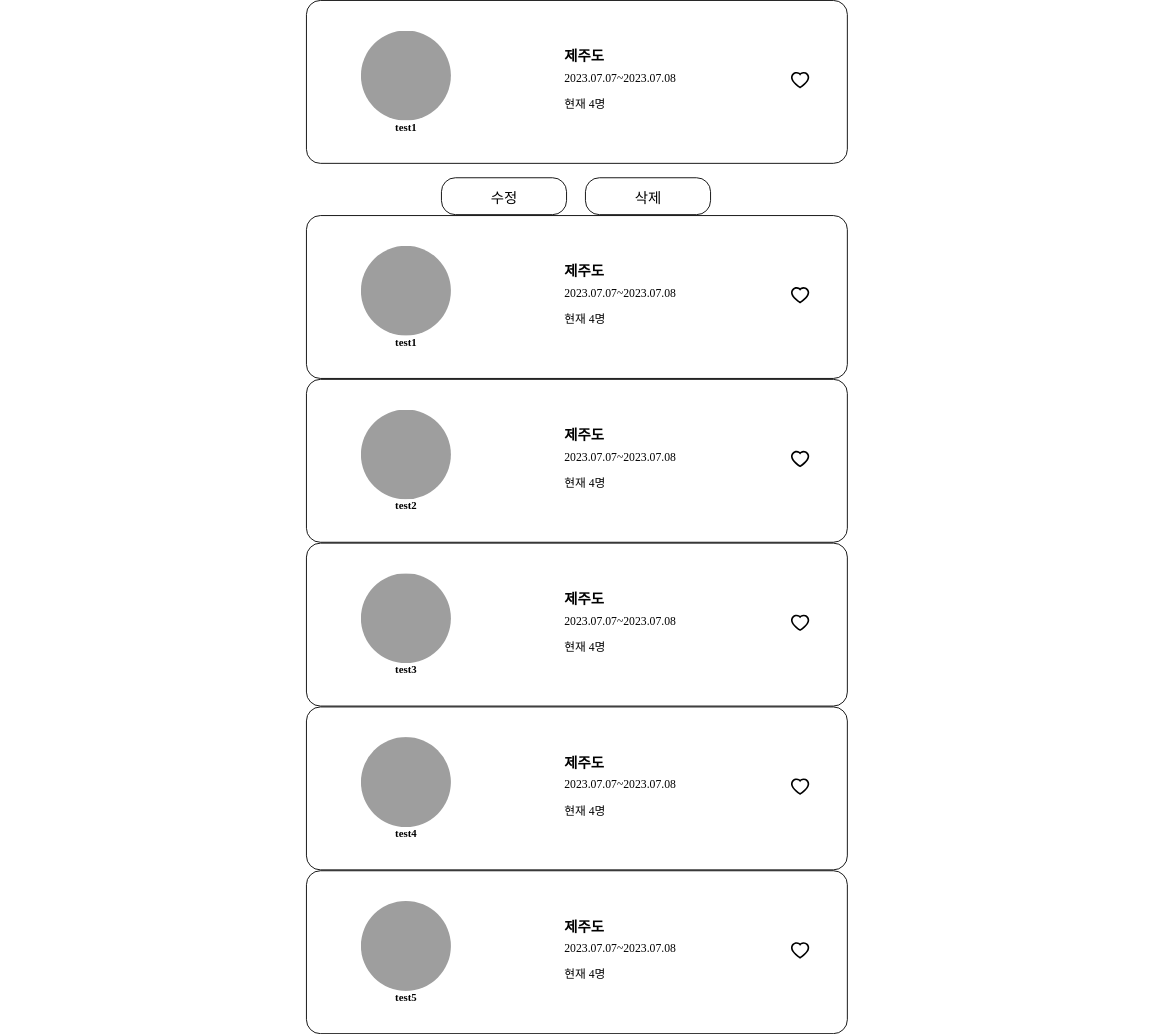
Repository: the-graces/matrip-web
Page: /tripSchedule (app in matrip/)
The author's editor kept a copy of each file at every save. The page is drawn from the files as they stood at one save, then again after the next save.
The browser window is 1280 px wide. The pictures show the whole page, at 90% of full size.
Pictures or frames that could not be fetched are drawn as grey boxes. The project was rebuilt for these pictures with package versions that can differ from the ones it lists, and the page was loaded fresh each time. Also part of the build but not shown: matrip/src/pages/Main/mainStyle.tsx, matrip/src/pages/Main/Post.tsx, matrip/src/pages/Main/index.tsx, matrip/src/pages/FriendSearch/friendSearchStyle.tsx, matrip/src/data/userdata.ts, matrip/src/pages/FriendSearch/index.tsx, matrip/src/pages/ItineraryInfo/index.scss, matrip/src/pages/ItineraryInfo/itineraryInfoStyle.tsx and 4 more.

Above is the page before, as saved 2023-07-09 13:13:20.

### matrip/src/App.tsx
import React from "react";
import { BrowserRouter, Route, Routes } from "react-router-dom";
import Main from "./pages/Main";

import FriendSearch from "./pages/FriendSearch";
import ItineraryInfo from "./pages/ItineraryInfo";
import UserProfile from "./pages/UserProfile";

import GlobalFonts from "./styles/fonts";
import TripSchedule from "./pages/TripSchedule";

function App() {
   return (
      <BrowserRouter>
         <GlobalFonts />
         <Routes>
            <Route
               path="/"
               element={<Main />}
            />
            <Route
               path="/friendSearch"
               element={<FriendSearch />}
            />
            <Route
               path="/itineraryInfo"
               element={<ItineraryInfo />}
            />
            <Route
               path="/userProfile"
               element={<UserProfile />}
            />
            <Route
               path="/tripSchedule"
               element={<TripSchedule />}
            />
         </Routes>
      </BrowserRouter>
   );
}

export default App;

### matrip/src/styles/fonts/index.js
import { createGlobalStyle } from "styled-components";
import Prentendard from "./Pretendard-Regular.woff2";

export default createGlobalStyle`
@font-face {
    font-family: "Prentendard";
    src: url(${Prentendard}) fromat("woff2");
}`;

### matrip/src/pages/TripSchedule/index.tsx
import React from "react";
import "./index.scss";

import * as iss from "./TripScheduleStyle";
import * as gs from "../../styles/GlobalStyles";
import "./index.scss";
import { fdata } from "../../data/userdata";
import { postdata } from "../../data/postdata";
import { AiOutlineHeart } from "react-icons/ai";
import UserList from "./UserList";

const TripSchedule: React.FC = () => {
  const post = postdata[0];

  return (
    <gs.MainContainer>
      <iss.MainContainer>
        <iss.postBox key={post.id}>
          <iss.profileBox to={"/userProfile"}>
            <iss.profileImgBox>
              <iss.profileImg src={post.imgurl} alt="유저 프로필" />
            </iss.profileImgBox>
            <iss.Nickname>{post.nick}</iss.Nickname>
          </iss.profileBox>
          <iss.postContent to={"/itineraryInfo"}>
            <iss.postTitle>{post.destination}</iss.postTitle>
            <iss.postPeriod>
              {post.startDate}~{post.endData}
            </iss.postPeriod>
            <iss.postPeriod>현재 {post.personnel}명</iss.postPeriod>
          </iss.postContent>
          <div>
            <iss.LikeBtn>
              <AiOutlineHeart size="24" />
            </iss.LikeBtn>
          </div>
        </iss.postBox>

        <iss.TripSchedulePostButton>
          <iss.TripSchedulePostButtonL>수정</iss.TripSchedulePostButtonL>
          <iss.TripSchedulePostButtonR>삭제</iss.TripSchedulePostButtonR>
        </iss.TripSchedulePostButton>

        <UserList/>
      </iss.MainContainer>
    </gs.MainContainer>
  );
};

export default TripSchedule;

### matrip/src/styles/GlobalStyles.tsx
import { styled } from "styled-components";

// 전체 화면 컨테이너
export const MainContainer = styled.div`
   width: 100%;
   display: flex;
   justify-content: center;
   font-family: Pretendard;
`;

// 그 안에 들어갈 내용을 감싸는 컨테이너
export const MainBox = styled.div`
   max-width: 600px;
   width: 100%;
   display: flex;
   flex-direction: column;
   align-items: center;

   @media screen and (min-width: 600px) {
      width: 600px;
   }
`;

### matrip/src/pages/TripSchedule/TripScheduleStyle.tsx
import { Link } from "react-router-dom";
import { styled } from "styled-components";

export const MainContainer = styled.div`
  max-width: 600px;
  width: 100%;

  @media screen and (min-width: 600px) {
    width: 600px;
  }
`;

export const postBox = styled.div`
  width: 100%;
  height: 180px;
  display: flex;
  align-items: center;
  justify-content: space-between;
  border: solid #000 1px;
  border-radius: 16px;
`;

export const profileBox = styled(Link)`
  padding: 0 10px;
  display: flex;
  flex-direction: column;
  align-items: center;
  color: #000;
  text-decoration: none;
  margin-left: 50px;
`;
export const profileImgBox = styled.div`
  width: 100px;
  height: 100px;
`;

export const profileImg = styled.img`
  width: 100%;
  height: 100%;
  object-fit: cover;
  border-radius: 50%;

`;

export const Nickname = styled.h4`
  font-size: 12px;
  font-weight: 600;
  margin: 0;
`;

export const postContent = styled(Link)`
  color: #000;
  text-decoration: none;
`;

export const postTitle = styled.div`
  font-size: 16px;
  font-weight: 800;
  margin-bottom: 6px;
`;

export const postPeriod = styled.div`
  font-size: 13px;
  margin-bottom: 10px;

`;

export const LikeBtn = styled.button`
  border: none;
  background: none;
  cursor: pointer;
  padding: 0 10px;
  margin-right: 30px;
`;

export const TripSchedulePostButton = styled.div`
  width: 50%;
  display: flex;
  border-radius: 40px;
  margin: auto;
  margin-top: 15px;
  gap: 20px;
`;

export const TripSchedulePostButtonL = styled.div`
  width: 100%;
  height: 40px;
  display: flex;
  align-items: center;
  justify-content: space-between;
  border: solid #000 1px;
  border-radius: 16px;
  justify-content: center;
`;

export const TripSchedulePostButtonR = styled.div`
  width: 100%;
  height: 40px;
  display: flex;
  align-items: center;
  justify-content: space-between;
  border: solid #000 1px;
  border-radius: 16px;
  justify-content: center;
`;

export const userListPostBox = styled.div`
  width: calc((100% - 20px) / 2);
  height: 100px;
  display: flex;
  align-items: center;
  justify-content: space-between;
  border: solid #000 1px;
  border-radius: 16px;
`;

export const userListProfileBox = styled(Link)`
  padding: 0 10px;
  display: flex;
  flex-direction: column;
  align-items: center;
  color: #000;
  text-decoration: none;
`;

export const userListProfileImgBox = styled.div`
  width: 50px;
  height: 50px;
`;

export const userListProfileImg = styled.img`
  width: 100%;
  height: 100%;
  object-fit: cover;
  border-radius: 50%;
`;

export const userListNickname = styled.h4`
  font-size: 12px;
  font-weight: 600;
  margin: 0;
`;

export const userListPostContent = styled(Link)`
  color: #000;
  text-decoration: none;
`;

export const userListPostTitle = styled.div`
  font-size: 16px;
  font-weight: 800;
`;

export const userListPostPeriod = styled.div`
  font-size: 13px;
  margin-bottom: 5px;
`;

export const userListPLikeBtn = styled.button`
  border: none;
  background: none;
  cursor: pointer;
  padding: 0 10px;
`;

### matrip/src/data/postdata.ts
export const postdata = [
  {
    id: "1",
    nick: "test1",
    imgurl:
      "https://img2.daumcdn.net/thumb/R658x0.q70/?fname=https://t1.daumcdn.net/news/202302/21/spotvnews/20230221133133423kfxy.jpg",
    destination: "제주도",
    startDate: "2023.07.07",
    endData: "2023.07.08",
    personnel: 4,
  },
  {
    id: "2",
    nick: "test2",
    imgurl:
      "https://img2.daumcdn.net/thumb/R658x0.q70/?fname=https://t1.daumcdn.net/news/202302/21/spotvnews/20230221133133423kfxy.jpg",
    destination: "제주도",
    startDate: "2023.07.07",
    endData: "2023.07.08",
    personnel: 4,
  },
  {
    id: "3",
    nick: "test3",
    imgurl:
      "https://img2.daumcdn.net/thumb/R658x0.q70/?fname=https://t1.daumcdn.net/news/202302/21/spotvnews/20230221133133423kfxy.jpg",
    destination: "제주도",
    startDate: "2023.07.07",
    endData: "2023.07.08",
    personnel: 4,
  },
  {
    id: "4",
    nick: "test4",
    imgurl:
      "https://img2.daumcdn.net/thumb/R658x0.q70/?fname=https://t1.daumcdn.net/news/202302/21/spotvnews/20230221133133423kfxy.jpg",
    destination: "제주도",
    startDate: "2023.07.07",
    endData: "2023.07.08",
    personnel: 4,
  },
  {
    id: "5",
    nick: "test5",
    imgurl:
      "https://img2.daumcdn.net/thumb/R658x0.q70/?fname=https://t1.daumcdn.net/news/202302/21/spotvnews/20230221133133423kfxy.jpg",
    destination: "제주도",
    startDate: "2023.07.07",
    endData: "2023.07.08",
    personnel: 4,
  },
];

### matrip/src/pages/TripSchedule/UserList.tsx
import React from "react";
import "./index.scss";

import * as iss from "./TripScheduleStyle";
import "./index.scss";
import { fdata } from "../../data/userdata";
import { AiOutlineHeart } from "react-icons/ai";
import { postdata } from "../../data/postdata";

const UserList: React.FC = () => {
  return (
    <>
      {postdata.map((post) => (
        <iss.postBox key={post.id}>
          <iss.profileBox to={"/userProfile"}>
            <iss.profileImgBox>
              <iss.profileImg src={post.imgurl} alt="유저 프로필" />
            </iss.profileImgBox>
            <iss.Nickname>{post.nick}</iss.Nickname>
          </iss.profileBox>
          <iss.postContent to={"/itineraryInfo"}>
            <iss.postTitle>{post.destination}</iss.postTitle>
            <iss.postPeriod>
              {post.startDate}~{post.endData}
            </iss.postPeriod>
            <iss.postPeriod>현재 {post.personnel}명</iss.postPeriod>
          </iss.postContent>
          <div>
            <iss.LikeBtn>
              <AiOutlineHeart size="24" />
            </iss.LikeBtn>
          </div>
        </iss.postBox>
      ))}
    </>
  );
};

export default UserList;

Loaded but not shown: matrip/public/index.html (common file); matrip/src/index.tsx (common file); matrip/src/index.css (common file); matrip/src/reportWebVitals.ts (common file)

After the next save:
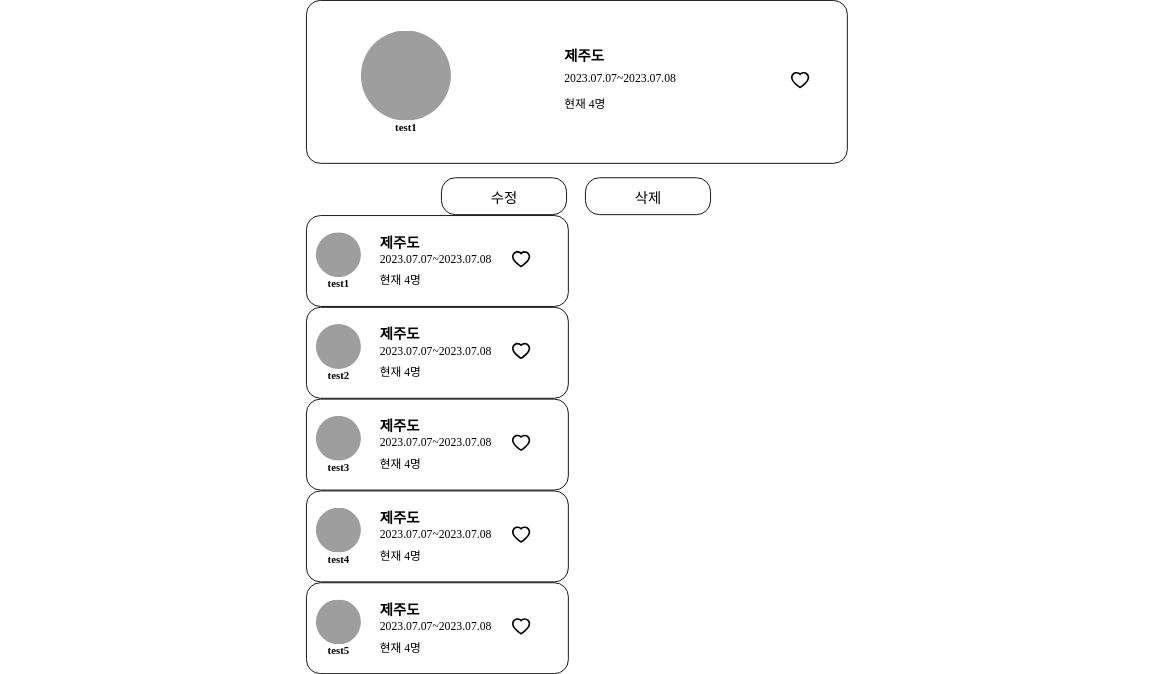
Saved 33 s later.
--- a/matrip/src/pages/TripSchedule/UserList.tsx
+++ b/matrip/src/pages/TripSchedule/UserList.tsx
@@ -11,26 +11,26 @@ const UserList: React.FC = () => {
   return (
     <>
       {postdata.map((post) => (
-        <iss.postBox key={post.id}>
-          <iss.profileBox to={"/userProfile"}>
-            <iss.profileImgBox>
-              <iss.profileImg src={post.imgurl} alt="유저 프로필" />
-            </iss.profileImgBox>
-            <iss.Nickname>{post.nick}</iss.Nickname>
-          </iss.profileBox>
-          <iss.postContent to={"/itineraryInfo"}>
-            <iss.postTitle>{post.destination}</iss.postTitle>
-            <iss.postPeriod>
+        <iss.userListPostBox key={post.id}>
+          <iss.userListProfileBox to={"/userProfile"}>
+            <iss.userListProfileImgBox>
+              <iss.userListProfileImg src={post.imgurl} alt="유저 프로필" />
+            </iss.userListProfileImgBox>
+            <iss.userListNickname>{post.nick}</iss.userListNickname>
+          </iss.userListProfileBox>
+          <iss.userListPostContent to={"/itineraryInfo"}>
+            <iss.userListPostTitle>{post.destination}</iss.userListPostTitle>
+            <iss.userListPostPeriod>
               {post.startDate}~{post.endData}
-            </iss.postPeriod>
-            <iss.postPeriod>현재 {post.personnel}명</iss.postPeriod>
-          </iss.postContent>
+            </iss.userListPostPeriod>
+            <iss.userListPostPeriod>현재 {post.personnel}명</iss.userListPostPeriod>
+          </iss.userListPostContent>
           <div>
             <iss.LikeBtn>
               <AiOutlineHeart size="24" />
             </iss.LikeBtn>
           </div>
-        </iss.postBox>
+        </iss.userListPostBox>
       ))}
     </>
   );
